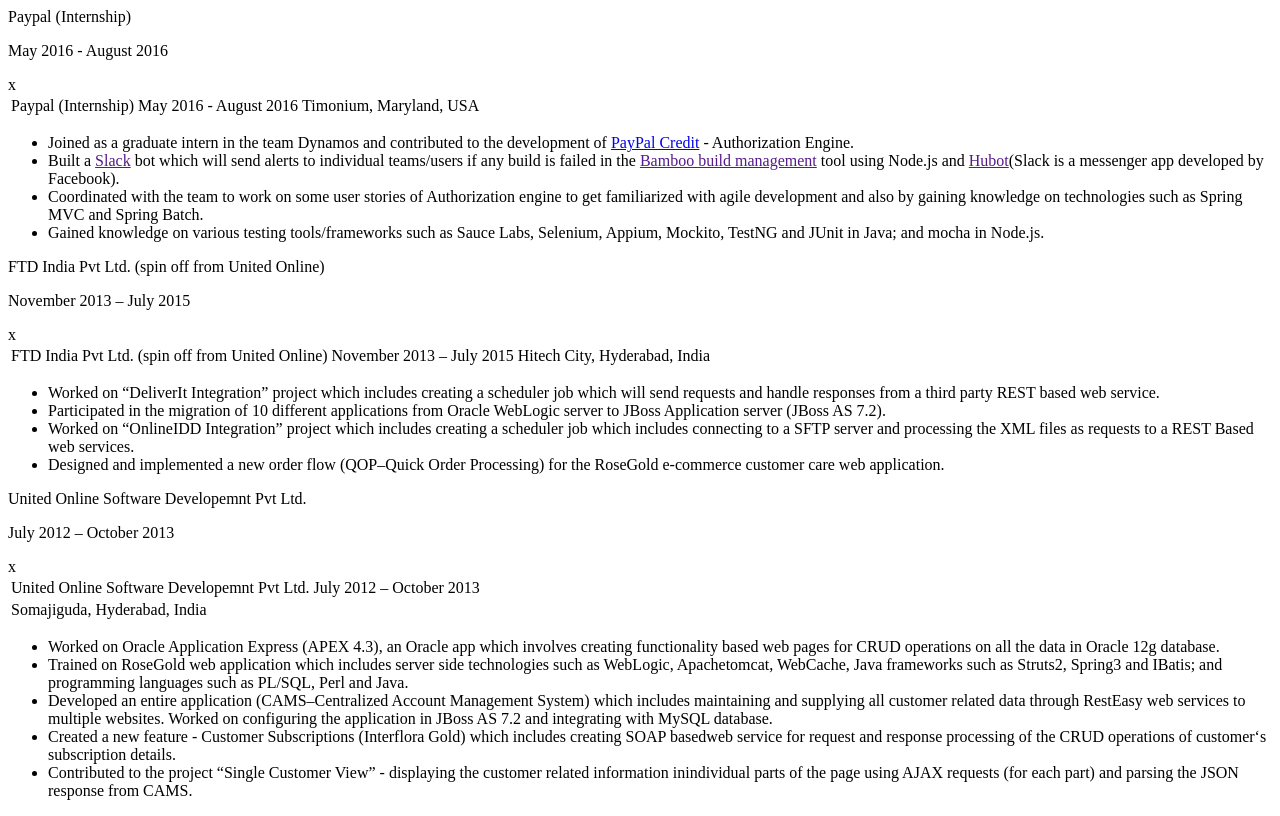
Repository: phanindrakannaji/Resume
Page: http://localhost/application/pages/experience.php
The author's editor kept a copy of each file at every save. The page is drawn from the files as they stood at one save, then again after the next save.
The browser window is 1280 px wide. The pictures show the whole page.
The page is run by PHP 8.4 with error messages shown; the project is at /var/www/html/.

Above is the page before, as saved 2016-09-25 17:59:16.
Console error: ReferenceError: $ is not defined

After the next save:
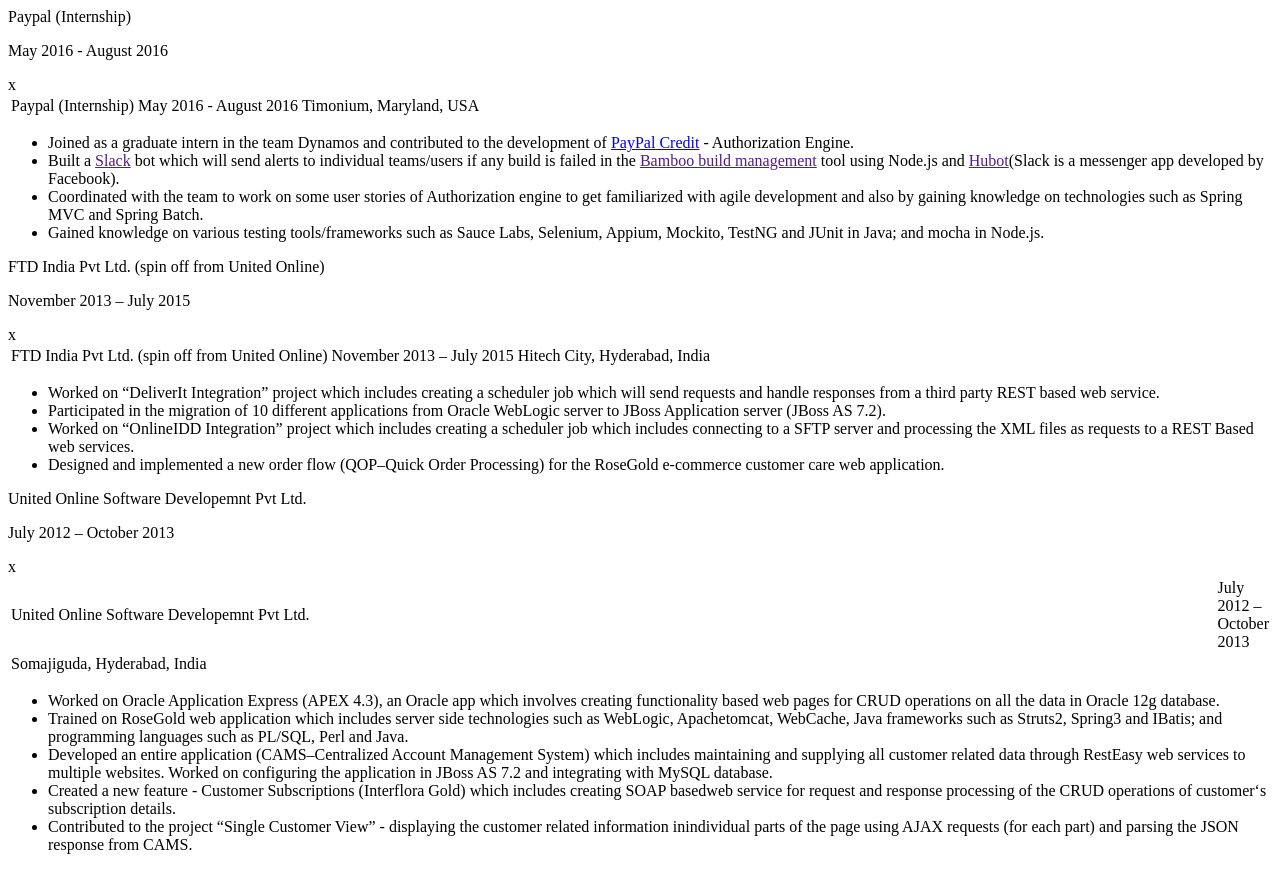
Saved 13 s later.
--- a/Resume/application/pages/experience.php
+++ b/Resume/application/pages/experience.php
@@ -91,7 +91,7 @@
 					<td class="customfont2 normaltext"width="50%">July 2012 – October 2013</td>
 				</tr>
 				<tr>
-					<td class="customfont2 normaltext">Somajiguda, Hyderabad, India</td>
+					<td width="100%" class="customfont2 normaltext">Somajiguda, Hyderabad, India</td>
 				</tr>
 			</table>
 			<ul>
